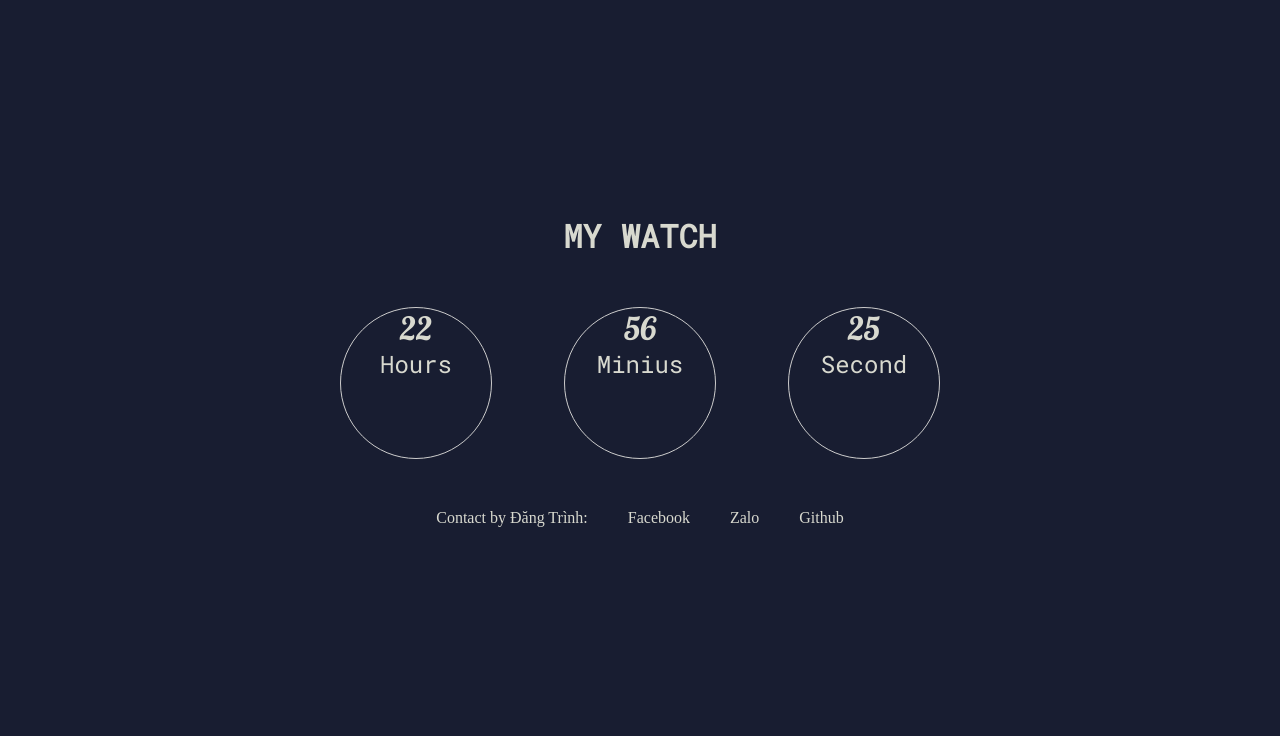
Repository: Dangtrinh28/myWatch
Page: index.html
These files come from the project's save history. The page is drawn as it stood at one moment and after the next save; the edit follows.
The browser window is 1280 px wide. The pictures show the whole page.

Above is the page before, as saved 2022-12-07 00:20:56.

After the next save:
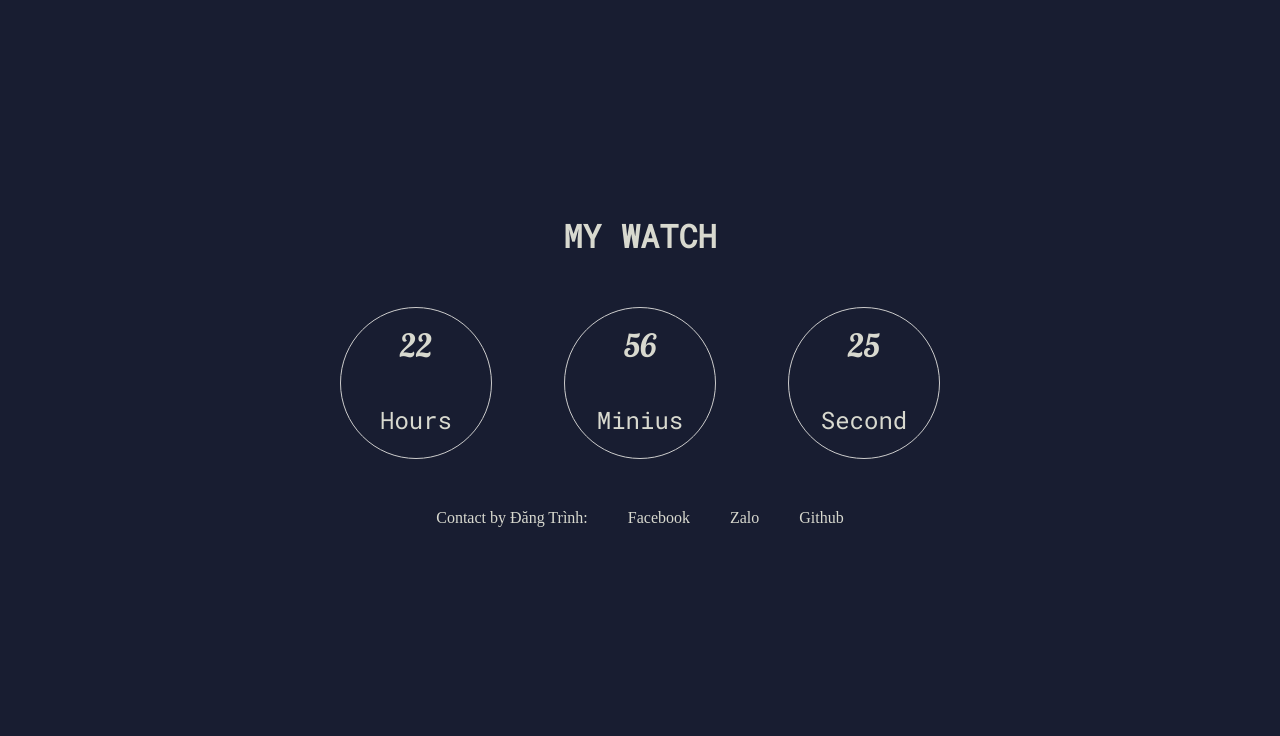
Saved 6 s later.
--- a/styles/main.css
+++ b/styles/main.css
@@ -40,7 +40,7 @@ body {
 }
 
 .box {
-    li
+    line-height: 75px;
 }
 
 .watch_box-item span{
